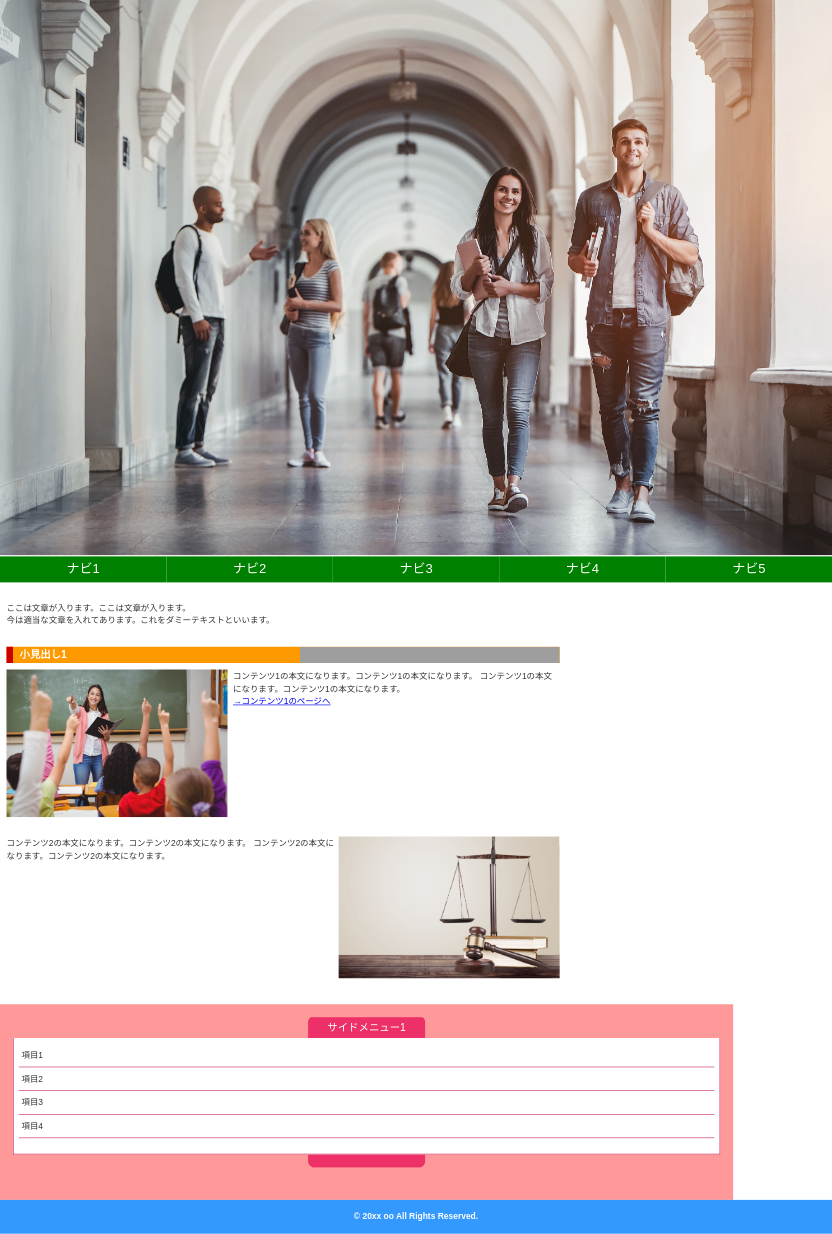
Repository: ootsukam/samurai_HTML-CSS
Page: home.html
The author's editor kept a record of every edit. The page is drawn from the files as they stood at one moment, then again after the next edit.
The browser window is 1280 px wide. The pictures show the whole page, at 65% of full size.
Pictures or frames that could not be fetched are drawn as grey boxes.

Above is the page before.

After the next edit:
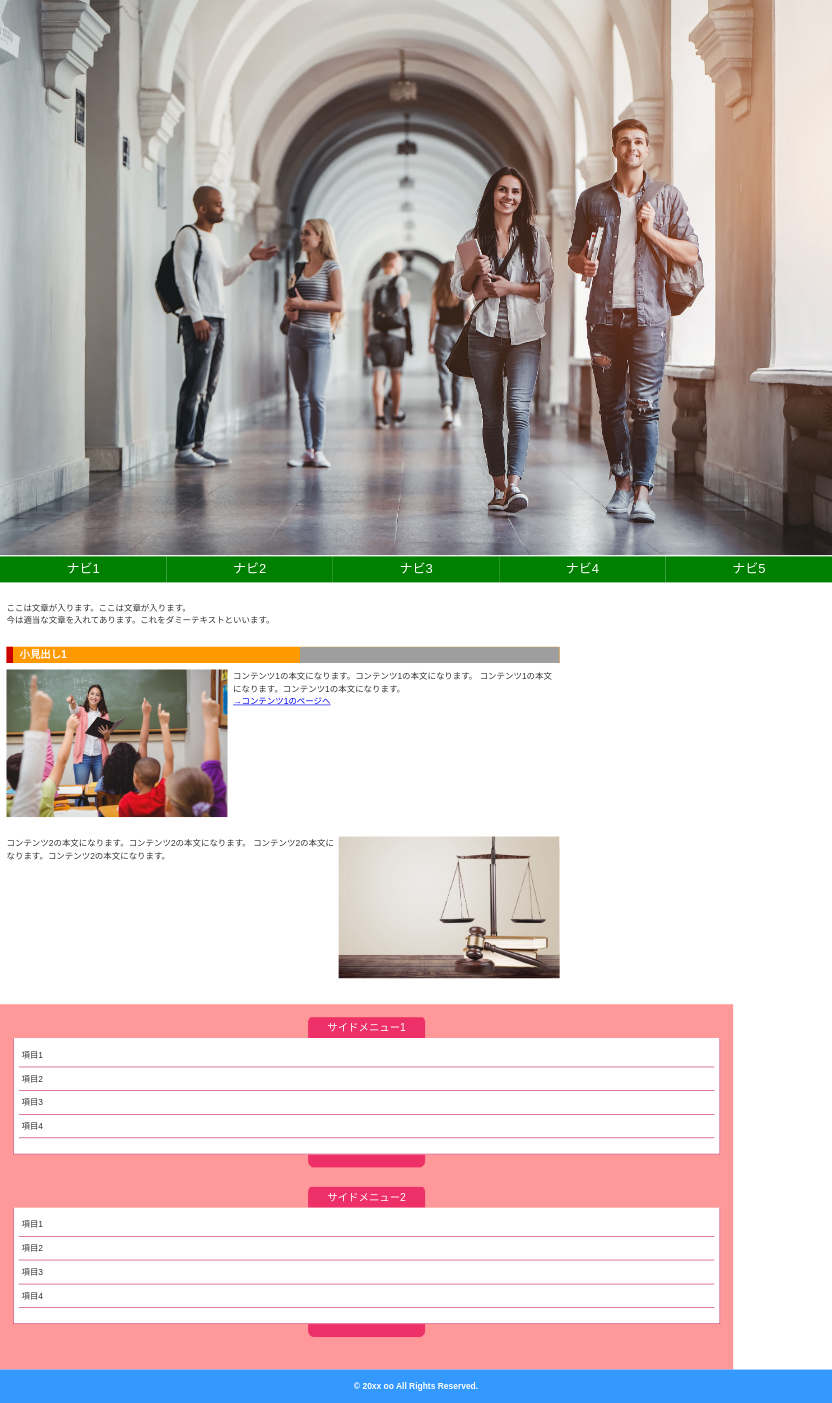
The edit:
--- a/home.html
+++ b/home.html
@@ -55,6 +55,17 @@
               </ul>
              </div>
             </div>
+             <div class="box">
+              <h2>サイドメニュー2</h2>
+              <div class="boxBody">
+               <ul>
+                <li>項目1</li>
+                <li>項目2</li>
+                <li>項目3</li>
+                <li>項目4</li>
+               </ul>
+              </div>
+             </div>
            </div>
     </div>
     <div id="footer">
